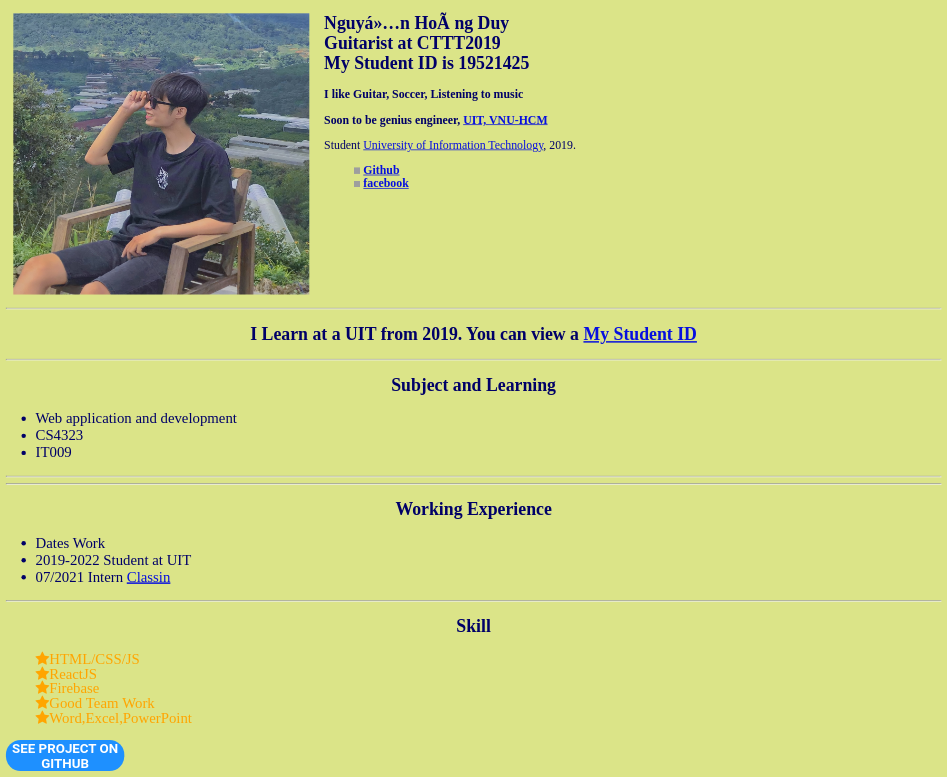
Repository: HoangDuy315/HW_TVK
Page: cv.html
These files come from the project's save history. The page is drawn as it stood at one moment and after the next save; the edit follows.
The browser window is 1280 px wide. The pictures show the whole page, at 74% of full size.
Pictures or frames that could not be fetched are drawn as grey boxes.

Above is the page before, as saved 2022-09-25 17:05:48.

After the next save:
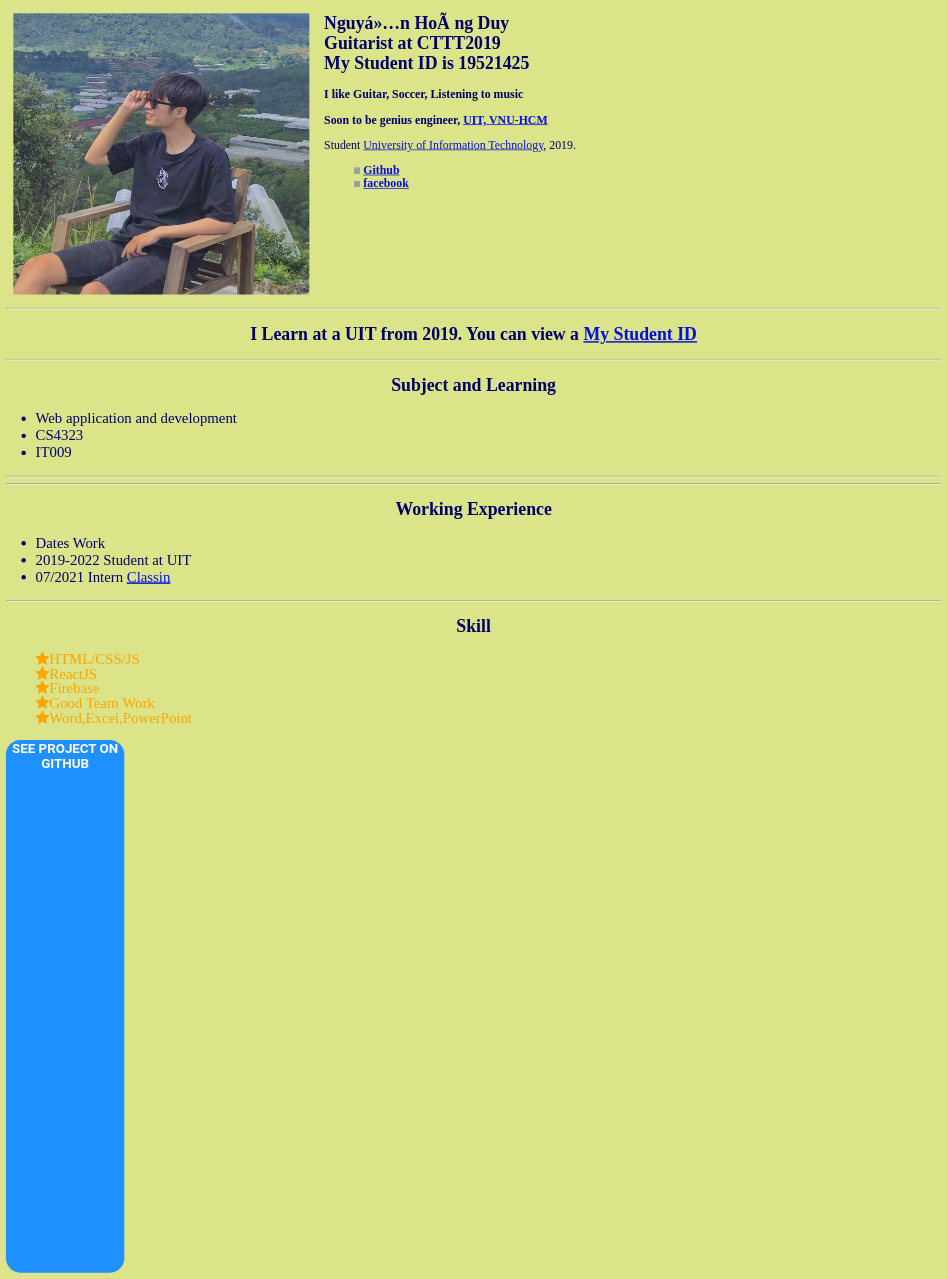
Saved 7 s later.
--- a/cv.css
+++ b/cv.css
@@ -32,7 +32,7 @@
 .but {
     margin: 0;
     padding: 0;
-    /* height: 100vh; */
+    height: 100vh;
     display: flex;
     justify-content: center;
     font-family: "Roboto", sans-serif;

After the save that followed:
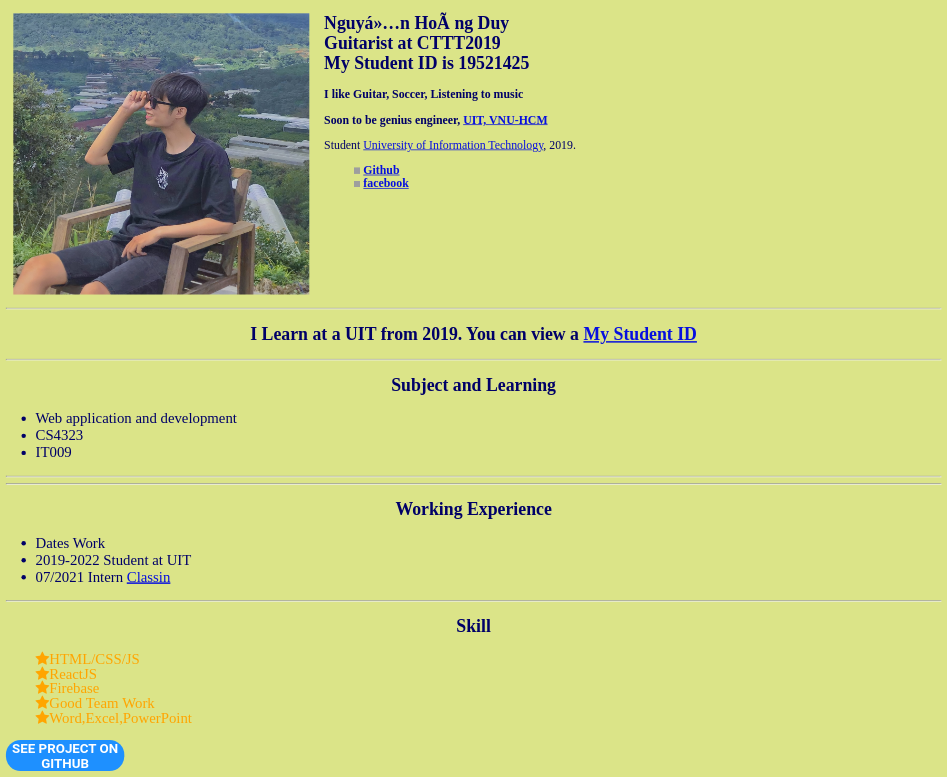
Saved 4 s later.
--- a/cv.css
+++ b/cv.css
@@ -32,7 +32,7 @@
 .but {
     margin: 0;
     padding: 0;
-    height: 100vh;
+    /* height: 100vh; */
     display: flex;
     justify-content: center;
     font-family: "Roboto", sans-serif;
